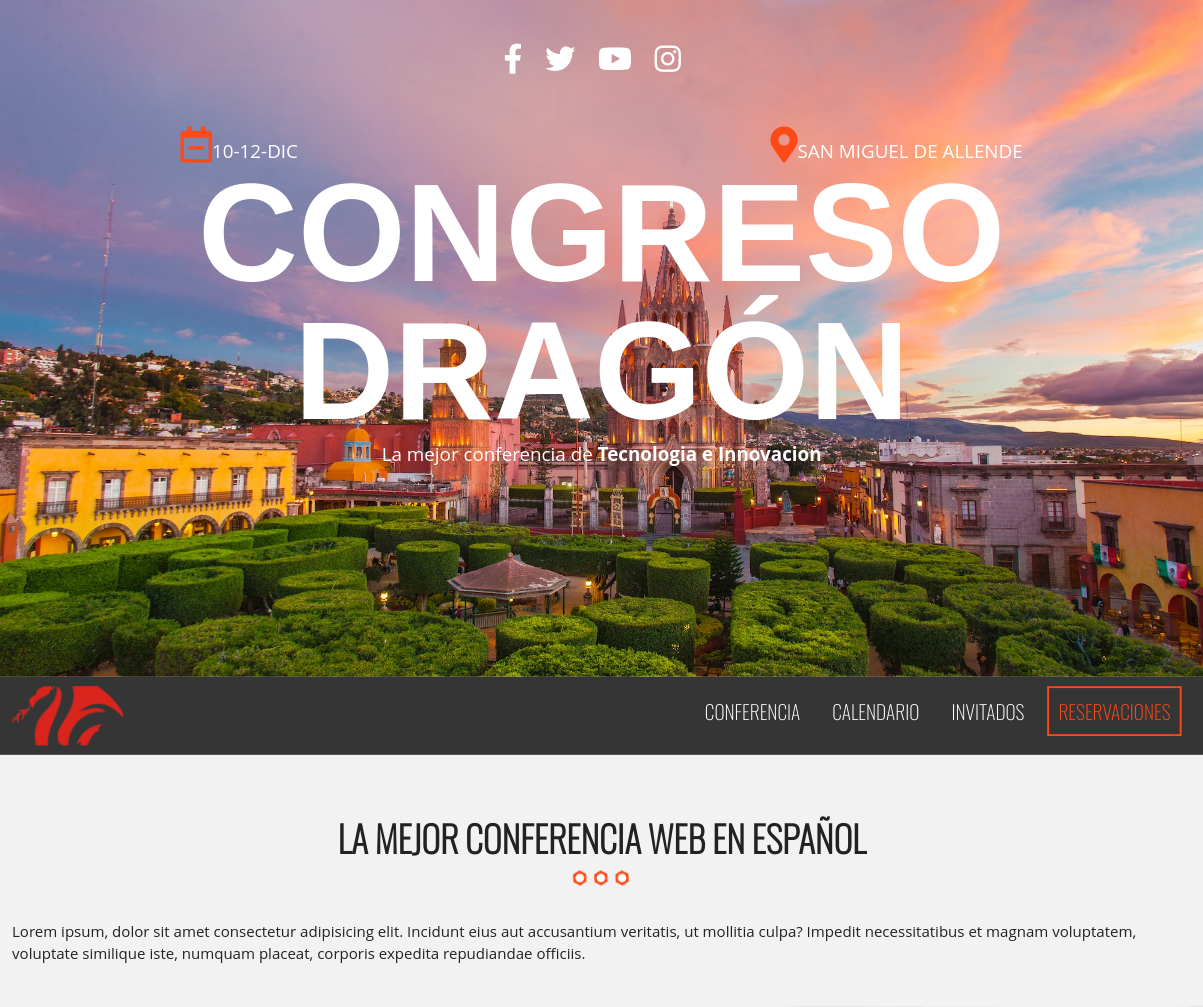
Repository: edgarhdzp/pagina-conferencias-reservaciones
Page: index.html
The author's editor kept a copy of each file at every save. The page is drawn from the files as they stood at one save, then again after the next save.
The browser window is 1280 px wide. The pictures show the part of the page from y = 0 to 1071 px (the page is 4485 px tall), at 94% of full size.
Pictures or frames that could not be fetched are drawn as grey boxes.

Above is the page before, as saved 2020-06-29 21:01:20.

### index.html
<!doctype html>
<html class="no-js" lang="">

<head>
    <meta charset="utf-8">
    <title>CONFERENCIAS</title>
    <meta name="description" content="">
    <meta name="viewport" content="width=device-width, initial-scale=1">

    <meta property="og:title" content="">
    <meta property="og:type" content="">
    <meta property="og:url" content="">
    <meta property="og:image" content="">

    <link rel="manifest" href="site.webmanifest">
    <link rel="apple-touch-icon" href="icon.png">
    <!-- Place favicon.ico in the root directory -->

    <link rel="stylesheet" href="css/normalize.css">
    <link rel="stylesheet" href="css/fontawesome.min.css">
    <link rel="stylesheet" href="css/all.min.css">
    <link rel="stylesheet" href="css/main.css">
    <link href="https://fonts.googleapis.com/css2?family=Oswald:wght@200&display=swap" rel="stylesheet">

    <meta name="theme-color" content="#fafafa">
</head>

<body>


    <header class="site-header">
        <div class="hero">
            <div class="contenido-header">
                <nav class="redes-sociales">
                    <a href="·"><i class="fab fa-facebook-f"></i></a>
                    <a href="·"><i class="fab fa-twitter"></i></a>
                    <a href="·"><i class="fab fa-youtube"></i></a>
                    <a href="·"><i class="fab fa-instagram"></i></a>
                </nav>
                <div class="informacion-evento">
                    <div class="clearfix">
                        <p class="fecha"><i class="far fa-calendar-minus"></i>10-12-Dic</p>
                        <p class="ciudad"><i class="fas fa-map-marker-alt"></i>San Miguel de Allende</p>
                    </div>
                    <h1 class="nombre-sitio">Congreso Dragón</h1>
                    <p class="slogan">La mejor conferencia de <span>Tecnologia e Innovacion</span></p>
                </div>
            </div>
        </div>
    </header>

    <div class="barra">
        <div class="contenedor clearfix">
            <div class="logo">
                <img src="img/itses.png" alt="logo gdlwebcamp">
            </div>

            <div class="menu-movil">
                <span></span>
                <span></span>
                <span></span>
                <span></span>
            </div>

            <nav class="menu-principal clearfix">
                <a href="#">Conferencia</a>
                <a href="#">Calendario</a>
                <a href="#">Invitados</a>
                <a href="#">Reservaciones</a>
            </nav>
        </div>
    </div>
    <section class="seccion contenedor">
        <h2>La mejor conferencia web en español</h2>
        <p>Lorem ipsum, dolor sit amet consectetur adipisicing elit. Incidunt eius aut accusantium veritatis, ut mollitia culpa? Impedit necessitatibus et magnam voluptatem, voluptate similique iste, numquam placeat, corporis expedita repudiandae officiis.</p>
    </section>

    <section class="programa">
        <div class="contenedor-video">
            <video autoplay loop poster="bg-talleres.jpg">
              <source src="video/video.mp4" type="video/mp4">
                <source src="video/video.webm" type="video/webm">
                  <source src="video/video.ogv" type="video/ogv">
            </video>
        </div>
        <div class="contenido-programa">
            <div class="contenedor">
                <div class="programa-evento">
                    <h2>programa del evento</h2>
                    <nav class="menu-programa">
                        <a href=""><i class="fas fa-code"></i> Talleres</a>
                        <a href=""><i class="fas fa-comments"></i> Conferencias</a>
                        <a href=""><i class="fas fa-university"></i> Seminarios</a>
                    </nav>

                    <div id="talleres" class="info-curso ocultar clearfix">
                        <div class="detalle-evento">
                            <h3>HTML CSS JS</h3>
                            <p><i class="fas fa-clock"></i>20:00 HRS</p>
                            <p><i class="fas fa-calendar-times"></i> 5 DE MAYO</p>
                            <p><i class="fas fa-user"></i>JUAN LUIS</p>
                        </div>
                        <div class="detalle-evento">
                            <h3>diseño reponsibo</h3>
                            <p><i class="fas fa-clock"></i>18:00 HRS</p>
                            <p><i class="fas fa-calendar-times"></i> 5 DE MAYO</p>
                            <p><i class="fas fa-user"></i>JUAN LUIS</p>
                        </div>
                        <a href="" class="button float-right">Ver todosfta</a>
                    </div>
                </div>
            </div>
        </div>
    </section>
    <section class="invitados contenedor seccion">
        <h2>nuestros invitados</h2>
        <ul class="lista-invitados clearfix">
            <li>
                <div class="invitado">
                    <img src="img/invitado1.jpg" alt="imagen invitado">
                    <p>cuau blanco</p>
                </div>
            </li>
            <li>
                <div class="invitado">
                    <img src="img/invitado2.jpg" alt="imagen invitado">
                    <p>laura</p>
                </div>
            </li>
            <li>
                <div class="invitado">
                    <img src="img/invitado3.jpg" alt="imagen invitado">
                    <p>memin</p>
                </div>
            </li>
            <li>
                <div class="invitado">
                    <img src="img/invitado4.jpg" alt="imagen invitado">
                    <p>soindero</p>
                </div>
            </li>
            <li>
                <div class="invitado">
                    <img src="img/invitado5.jpg" alt="imagen invitado">
                    <p>pinocho</p>
                </div>
            </li>
            <li>
                <div class="invitado">
                    <img src="img/invitado6.jpg" alt="imagen invitado">
                    <p>cepillin</p>
                </div>
            </li>
        </ul>
    </section>

    <script src="js/vendor/modernizr-3.11.2.min.js">
    </script>
    <script src="js/plugins.js"></script>
    <script src="js/main.js"></script>

    <!-- Google Analytics: change UA-XXXXX-Y to be your site's ID. -->
    <script>
        window.ga = function() {
            ga.q.push(arguments)
        };
        ga.q = [];
        ga.l = +new Date;
        ga('create', 'UA-XXXXX-Y', 'auto');
        ga('set', 'anonymizeIp', true);
        ga('set', 'transport', 'beacon');
        ga('send', 'pageview')
    </script>
    <script src="https://www.google-analytics.com/analytics.js" async></script>
</body>


</html>

### css/main.css
html {
    color: #222;
    font-size: 1em;
    line-height: 1.4;
}


/*
 * Remove text-shadow in selection highlight:
 * https://twitter.com/miketaylr/status/12228805301
 *
 * Vendor-prefixed and regular ::selection selectors cannot be combined:
 * https://stackoverflow.com/a/16982510/7133471
 *
 * Customize the background color to match your design.
 */

 ::-moz-selection {
    background: #b3d4fc;
    text-shadow: none;
}

 ::selection {
    background: #b3d4fc;
    text-shadow: none;
}


/*
 * A better looking default horizontal rule
 */

hr {
    display: block;
    height: 1px;
    border: 0;
    border-top: 1px solid #ccc;
    margin: 1em 0;
    padding: 0;
}


/*
 * Remove the gap between audio, canvas, iframes,
 * images, videos and the bottom of their containers:
 * https://github.com/h5bp/html5-boilerplate/issues/440
 */

audio,
canvas,
iframe,
img,
svg,
video {
    vertical-align: middle;
}


/*
 * Remove default fieldset styles.
 */

fieldset {
    border: 0;
    margin: 0;
    padding: 0;
}


/*
 * Allow only vertical resizing of textareas.
 */

textarea {
    resize: vertical;
}


/* ==========================================================================
   Author's custom styles
   ========================================================================== */

html {
    box-sizing: border-box;
}

*,
*:before,
*:after {
    box-sizing: inherit;
}

body {
    background-color: #f2f2f2;
    font-family: 'Open Sans', sans-serif;
}

.contenedor {
    width: 98%;
    margin: 0 auto;
}


/*para modificar a una medida*/

@media only screen and(min-width:480px) {
    .contenedor {
        width: 95%;
    }
}

@media only screen and(min-width:760px) {
    .contenedor {
        width: 90%;
    }
}

@media only screen and(min-width:992px) {
    .contenedor {
        width: 90%;
        max-width: 1100px;
    }
}

h2 {
    font-family: 'Oswald', sans-serif;
    font-size: 2.4em;
    text-transform: uppercase;
    text-align: center;
}

h2::after {
    content: '';
    margin: 0 auto;
    background-image: url(../img/separador.png);
    height: 30px;
    width: 100px;
    display: block;
}

h3 {
    font-size: 1.8em;
    color: #fe4918;
    font-family: 'PT Sans', sans-serif;
    margin: 0;
}

.button {
    background-color: #fe4918;
    padding: 10px 40px;
    color: #ffffff;
    text-transform: uppercase;
    font-weight: bold;
    font-family: 'Oswald', sans-serif;
    text-decoration: none;
    font-size: 1em;
    margin-top: 20px;
    display: inline-block;
    transition: all .3s ease;
}

ul {
    list-style: none;
    margin: 0;
    padding: 0;
}

.button :hover {
    background-color: #e33000;
}

.float-right {
    float: right;
}

.seccion {
    padding: 30px 0;
}


/*header*/

div.hero {
    background-image: url(../img/sma.jpg);
    height: 100vh;
    background-position: top center;
    background-size: cover;
}

div.contenido-header {
    padding-top: 40px;
}

@media only screen and(min-width:768px) {
    div.contenido-header {
        padding-top: 10px;
    }
}

nav.redes-sociales {
    text-align: center;
}

nav.redes-sociales a {
    color: #ffffff;
    font-size: 2em;
    margin-right: 20px;
}


/*para editar el ultimo elemento unicamente*/

nav.redes-sociales a :last-child {
    margin-right: 0;
}

div.informacion-evento {
    text-align: center;
    color: #fff;
}

@media only screen and (min-width:768px) {
    div.informacion-evento {
        width: 70%;
        margin: 0 auto;
        margin-top: 50px;
    }
}

div.informacion-evento p {
    margin: 0;
    display: inline;
    font-size: 20px;
    /*para modificar a mayusculas*/
    text-transform: uppercase;
}

div.informacion-evento p i {
    color: #fe4918;
    font-size: 2.4rem;
}

p.fecha {
    float: left;
}

p.ciudad {
    float: right;
}

p.slogan {
    text-transform: none!important;
}

p.slogan span {
    font-weight: bold;
}

h1.nombre-sitio {
    font-family: 'PT Sans', sans-serif;
    text-transform: uppercase;
    font-size: 5.9vw;
}

@media only screen and (min-width:768px) {
    h1.nombre-sitio {
        font-size: 11.5vw;
        margin: 0;
        line-height: 1;
    }
}

div.barra {
    background-color: #353535;
    padding: 10px 0;
}

div.logo {
    width: 80%;
    float: left;
}

@media only screen and (min-width:768px) {
    div.logo {
        width: 33%;
    }
}

nav.menu-principal {
    display: none;
}


/*para el menu principal*/

nav.menu-principal a {
    font-family: 'Oswald', sans-serif;
    color: #ffffff;
    font-size: 1.3em;
    text-transform: uppercase;
    text-decoration: none;
    /*para dar el efecto al hover*/
    transition: all .6s ease;
    width: 100%;
    display: block;
    text-align: center;
}

nav.menu-principal a:hover {
    background-color: #fe4918;
}

nav.menu-principal a:last-child {
    border: 2px solid #fe4918;
    color: #fe4918;
}

nav.menu-principal a:last-child:hover {
    color: #ffffff;
}

@media only screen and (min-width:768px) {
    nav.menu-principal {
        width: 67%;
        float: right;
        text-align: right;
        display: block;
    }
}

nav.menu-principal a {
    padding: 10px 10px;
    margin-right: 10px;
    display: inline-block;
    width: auto;
    display: inline-block;
    text-align: center;
    margin: 0 10px 0 0;
}


/*menu movil*/

div.menu-movil {
    width: 60px;
    display: block;
    float: right;
    text-align: right;
    margin-top: 12px;
}

div.menu-movil:hover {
    cursor: pointer;
}

@media only screen and (min-width: 768px) {
    div.menu-movil {
        display: none;
    }
}

div.menu-movil span {
    height: 8px;
    margin-bottom: 6px;
    background-color: white;
    display: block;
}


/* talleres */

section.programa {
    position: relative;
}

div.contenedor-video {
    max-width: 100%;
    overflow-x: hidden;
}

div.contenido-programa {
    position: absolute;
    top: 0;
    left: 0;
    height: 100%;
    width: 100%;
}

div.programa-evento {
    background-color: rgba(255, 255, 255, .8);
    padding: 15px;
    margin-top: 80px;
}

@media only screen and (min-width:768px) {
    div.programa-evento {
        width: 70%;
    }
}

@media only screen and (min-width:992px) {
    div.programa-evento {
        width: 50%;
    }
}

nav.menu-programa {
    width: 100%;
    border-bottom: 1px solid #fe4918;
    padding-bottom: 10px;
}

@media only screen and (min-width:768px) {
    nav.menu-programa {
        display: table;
    }
}

nav.menu-programa a {
    display: block;
    text-align: center;
    color: black;
    text-decoration: none;
    font-family: 'Oswald', sans-serif;
    margin-bottom: 10px;
    font-size: 1.2em;
}

@media only screen and (min-width:768px) {
    nav.menu-programa a {
        display: table-cell;
    }
}

nav.menu-programa a i,
div.detalle-evento p i {
    color: #fe4918;
    font-size: 1.6em;
    margin-right: 10px;
}

div.detalle-evento {
    margin-top: 20px;
    border-bottom: 1px solid black;
    padding: 0 20px;
}

div.detalle-evento:nth-child(2) {
    border: none;
}

div.detalle-evento p {
    margin-bottom: 20px;
    font-size: 20px;
}


/* div.logo img {
    width: 100%;
} */


/* ==========================================================================
   Helper classes
   ========================================================================== */


/*
 * Hide visually and from screen readers
 */

.hidden,
[hidden] {
    display: none !important;
}


/*
 * Hide only visually, but have it available for screen readers:
 * https://snook.ca/archives/html_and_css/hiding-content-for-accessibility
 *
 * 1. For long content, line feeds are not interpreted as spaces and small width
 *    causes content to wrap 1 word per line:
 *    https://medium.com/@jessebeach/beware-smushed-off-screen-accessible-text-5952a4c2cbfe
 */

.sr-only {
    border: 0;
    clip: rect(0, 0, 0, 0);
    height: 1px;
    margin: -1px;
    overflow: hidden;
    padding: 0;
    position: absolute;
    white-space: nowrap;
    width: 1px;
    /* 1 */
}


/*
 * Extends the .sr-only class to allow the element
 * to be focusable when navigated to via the keyboard:
 * https://www.drupal.org/node/897638
 */

.sr-only.focusable:active,
.sr-only.focusable:focus {
    clip: auto;
    height: auto;
    margin: 0;
    overflow: visible;
    position: static;
    white-space: inherit;
    width: auto;
}


/*
 * Hide visually and from screen readers, but maintain layout
 */

.invisible {
    visibility: hidden;
}


/*
 * Clearfix: contain floats
 *
 * For modern browsers
 * 1. The space content is one way to avoid an Opera bug when the
 *    `contenteditable` attribute is included anywhere else in the document.
 *    Otherwise it causes space to appear at the top and bottom of elements
 *    that receive the `clearfix` class.
 * 2. The use of `table` rather than `block` is only necessary if using
 *    `:before` to contain the top-margins of child elements.
 */

.clearfix::before,
.clearfix::after {
    content: " ";
    display: table;
}

.clearfix::after {
    clear: both;
}


/* ==========================================================================
   EXAMPLE Media Queries for Responsive Design.
   These examples override the primary ('mobile first') styles.
   Modify as content requires.
   ========================================================================== */

@media only screen and (min-width: 35em) {
    /* Style adjustments for viewports that meet the condition */
}

@media print,
(-webkit-min-device-pixel-ratio: 1.25),
(min-resolution: 1.25dppx),
(min-resolution: 120dpi) {
    /* Style adjustments for high resolution devices */
}


/* ==========================================================================
   Print styles.
   Inlined to avoid the additional HTTP request:
   https://www.phpied.com/delay-loading-your-print-css/
   ========================================================================== */

@media print {
    *,
    *::before,
    *::after {
        background: #fff !important;
        color: #000 !important;
        /* Black prints faster */
        box-shadow: none !important;
        text-shadow: none !important;
    }
    a,
    a:visited {
        text-decoration: underline;
    }
    a[href]::after {
        content: " (" attr(href) ")";
    }
    abbr[title]::after {
        content: " (" attr(title) ")";
    }
    /*
   * Don't show links that are fragment identifiers,
   * or use the `javascript:` pseudo protocol
   */
    a[href^="#"]::after,
    a[href^="javascript:"]::after {
        content: "";
    }
    pre {
        white-space: pre-wrap !important;
    }
    pre,
    blockquote {
        border: 1px solid #999;
        page-break-inside: avoid;
    }
    /*
   * Printing Tables:
   * https://web.archive.org/web/20180815150934/http://css-discuss.incutio.com/wiki/Printing_Tables
   */
    thead {
        display: table-header-group;
    }
    tr,
    img {
        page-break-inside: avoid;
    }
    p,
    h2,
    h3 {
        orphans: 3;
        widows: 3;
    }
    h2,
    h3 {
        page-break-after: avoid;
    }
}

### js/plugins.js
// Avoid `console` errors in browsers that lack a console.
(function() {
  var method;
  var noop = function () {};
  var methods = [
    'assert', 'clear', 'count', 'debug', 'dir', 'dirxml', 'error',
    'exception', 'group', 'groupCollapsed', 'groupEnd', 'info', 'log',
    'markTimeline', 'profile', 'profileEnd', 'table', 'time', 'timeEnd',
    'timeline', 'timelineEnd', 'timeStamp', 'trace', 'warn'
  ];
  var length = methods.length;
  var console = (window.console = window.console || {});

  while (length--) {
    method = methods[length];

    // Only stub undefined methods.
    if (!console[method]) {
      console[method] = noop;
    }
  }
}());

// Place any jQuery/helper plugins in here.

Loaded but not shown: css/normalize.css (library); css/fontawesome.min.css (library); css/all.min.css (library); js/vendor/modernizr-3.11.2.min.js (library); js/main.js (no stored copy; drawn as an empty file)

After the next save:
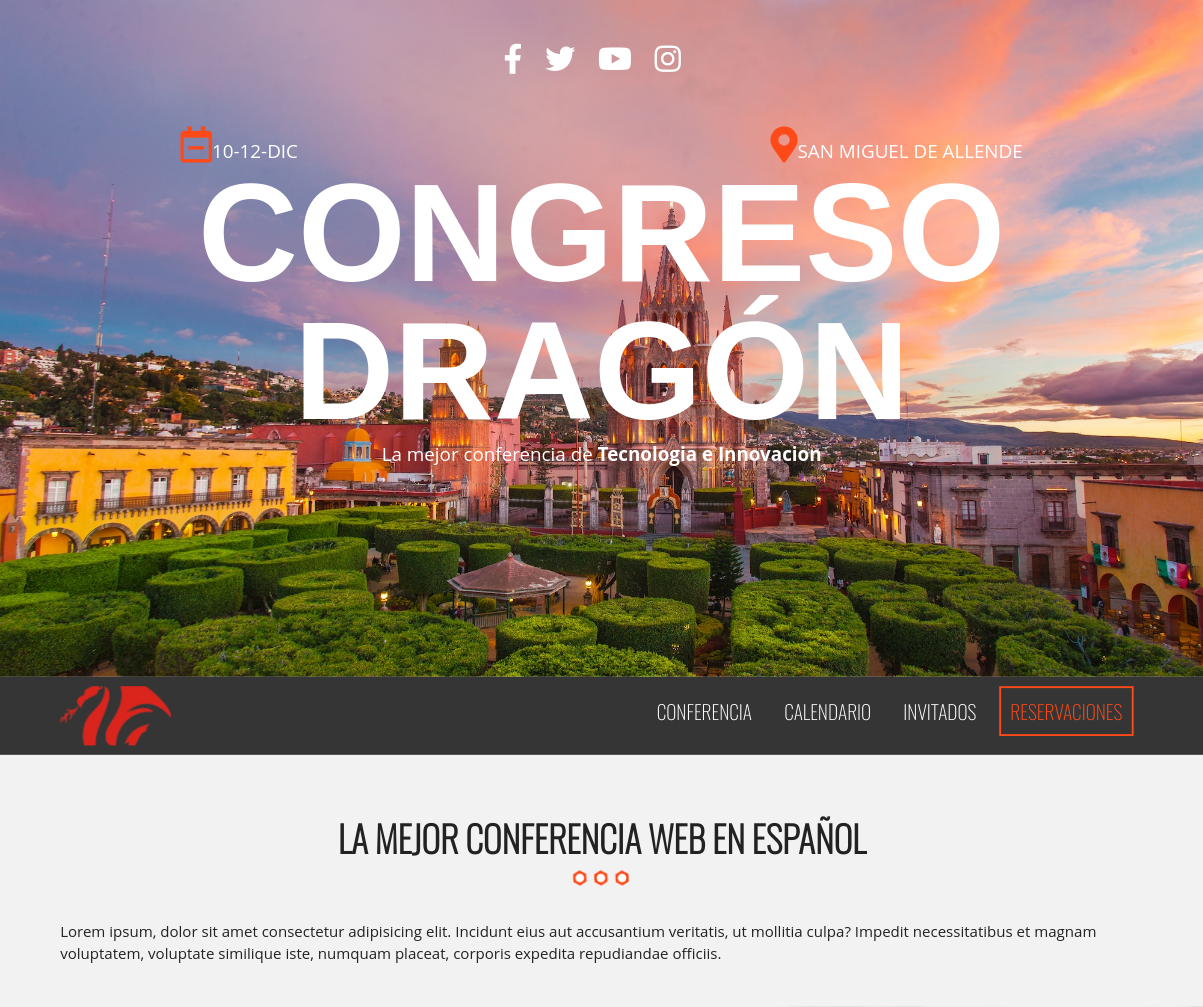
Saved 6 min 27 s later.
--- a/css/main.css
+++ b/css/main.css
@@ -96,7 +96,7 @@
 }
 
 .contenedor {
-    width: 98%;
+    width: 90%;
     margin: 0 auto;
 }
 

After the 2 saves that followed:
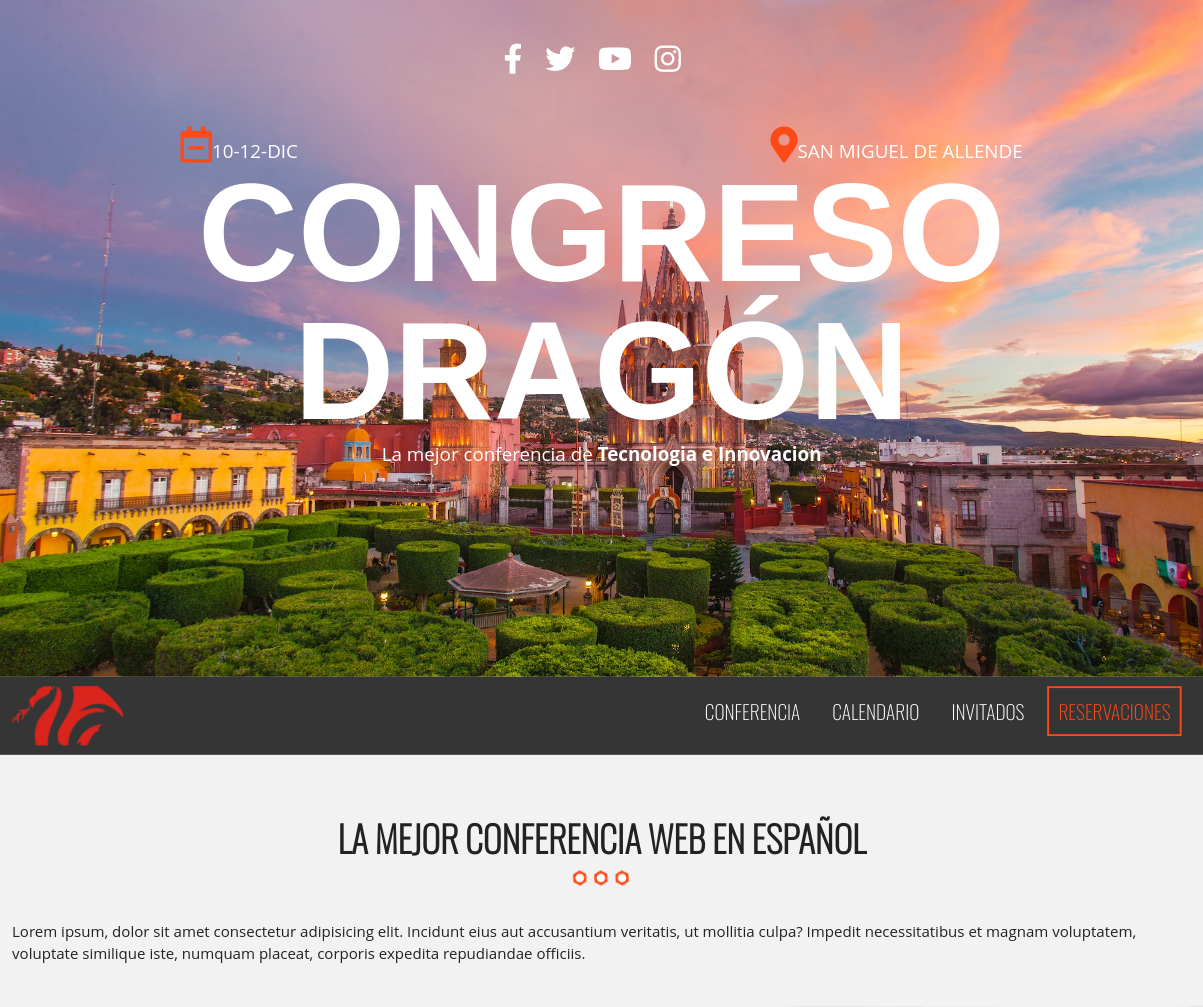
The 2 saves are shown as one change because they came seconds apart.
The last was saved 77 s later.
--- a/css/main.css
+++ b/css/main.css
@@ -96,7 +96,7 @@
 }
 
 .contenedor {
-    width: 90%;
+    width: 98%;
     margin: 0 auto;
 }
 
